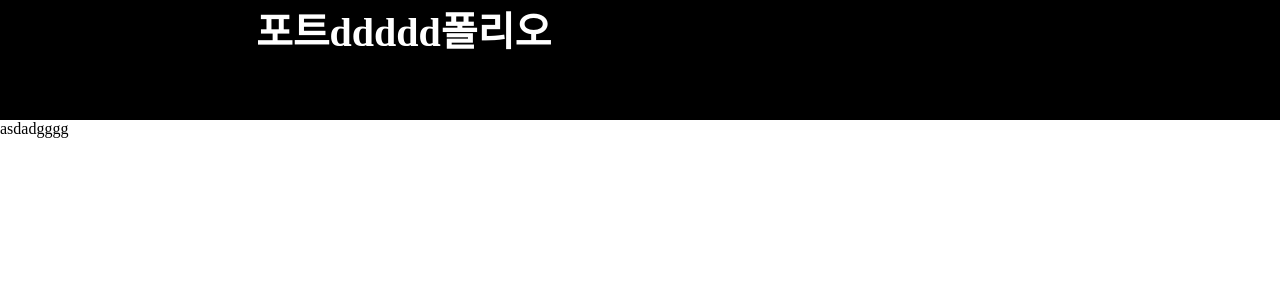
Repository: ItChoi/CSS-Study
Page: Css/WebContent/html/boostcourse/project-A1/portfolio.html
The author's editor kept a copy of each file at every save. The page is drawn from the files as they stood at one save, then again after the next save.
The browser window is 1280 px wide. The pictures show the whole page.

Above is the page before, as saved 2019-06-17 12:27:21.

### Css/WebContent/html/boostcourse/project-A1/portfolio.html
<!DOCTYPE html>
<html>
<head>
	<link href="../../../css/boostcourse/project-A1/portfolio.css" rel="stylesheet" type="text/css">

</head>
<body>
	<div class="wrap">

		<div class="header">

		</div>

		<div class="content">

			<div class="con_header">
				<span class="title">포트ddddd폴리오</span>
			</div>

			<div class="con_content">


			</div>

		</div>

		<div class="footer">
		asdadgggg
		</div>


	</div>

</body>
</html>

### Css/WebContent/css/boostcourse/project-A1/portfolio.css
html, body, .wrap {
	margin: 0px;
	padding: 0px;
}

.header {
	width: 100%;
	height: 120px;
	background: #000;

	position: relative;

}

.content {
	position: absolute;
	top: 0;
	left: 20%;
	right: 20%;
}

.con_header {
	width: 1000px;
	height: 120px;
}

.title {
	color: #fff;
	font-size: 40px;
	font-weight: bold;
}

After the next save:
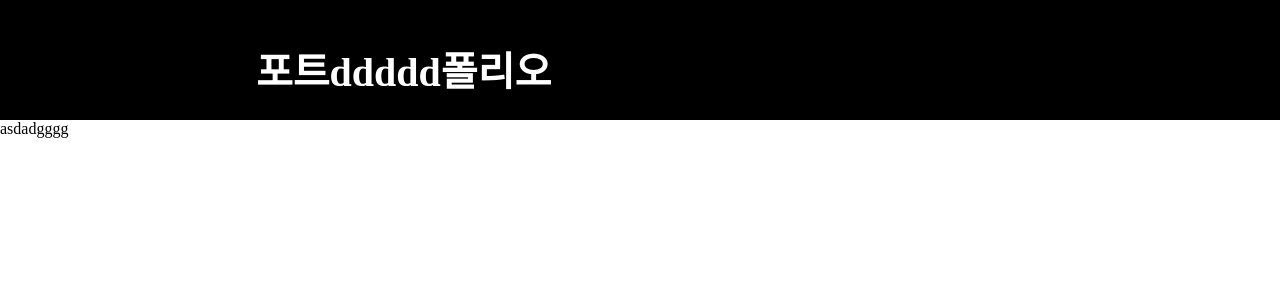
Saved 117 s later.
--- a/Css/WebContent/html/boostcourse/project-A1/portfolio.html
+++ b/Css/WebContent/html/boostcourse/project-A1/portfolio.html
@@ -14,7 +14,7 @@
 		<div class="content">
 
 			<div class="con_header">
-				<span class="title">포트ddddd폴리오</span>
+				<p class="title">포트ddddd폴리오</p>
 			</div>
 
 			<div class="con_content">

After the save that followed:
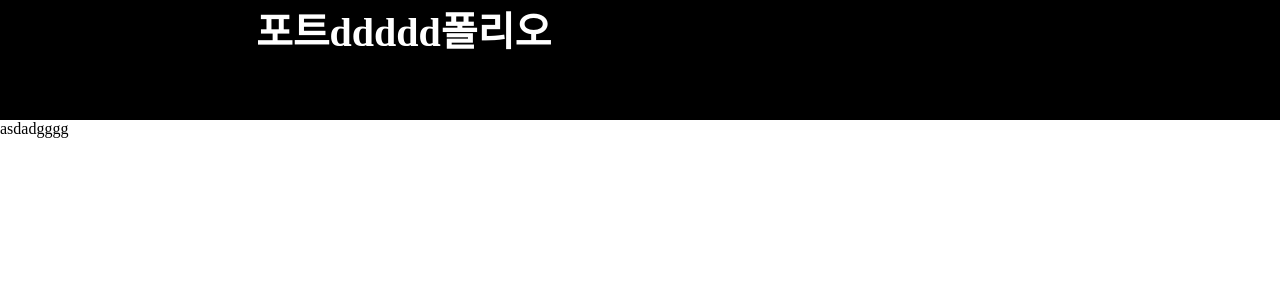
Saved 102 s later.
--- a/Css/WebContent/css/boostcourse/project-A1/portfolio.css
+++ b/Css/WebContent/css/boostcourse/project-A1/portfolio.css
@@ -25,6 +25,7 @@ html, body, .wrap {
 }
 
 .title {
+	margin: 0px;
 	color: #fff;
 	font-size: 40px;
 	font-weight: bold;
